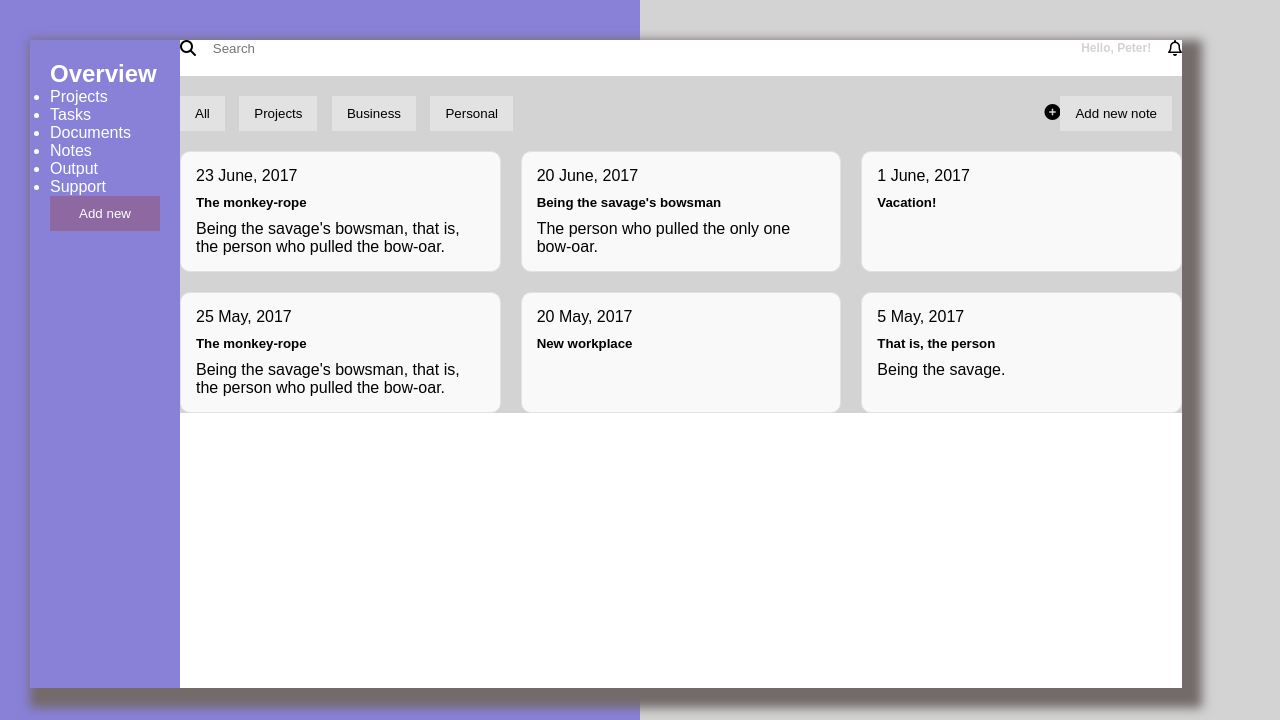
Repository: SatenikGabrielyan/HTML_CSS-_Assignment
Page: index.html
The author's editor kept a copy of each file at every save. The page is drawn from the files as they stood at one save, then again after a run of saves.
The browser window is 1280 px wide. The pictures show the whole page.
Some web libraries are served in a nearby version.

Above is the page before, as saved 2025-03-17 23:01:08.

After the next 3 saves:
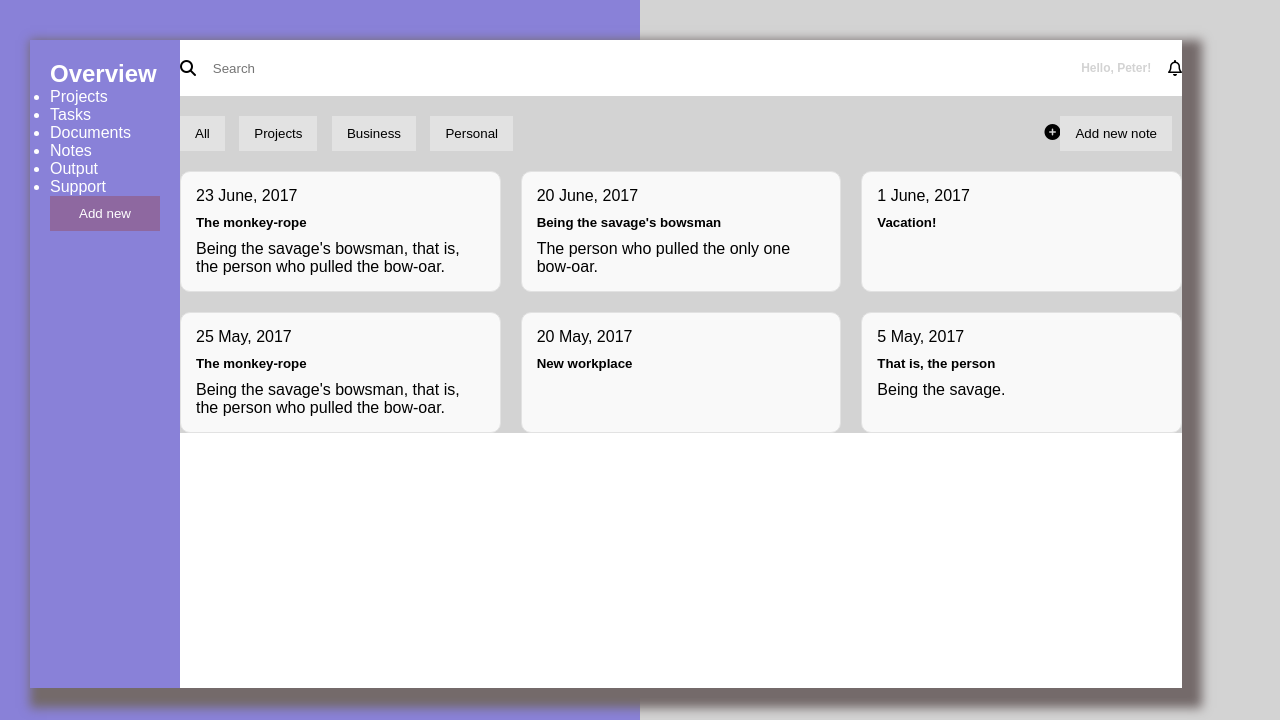
The 3 saves are shown as one change because they came seconds apart.
The last was saved 9 s later.
--- a/style.css
+++ b/style.css
@@ -105,7 +105,7 @@
     /* width: 200px; */
     flex-grow: 1;
     /* flex: 1; */
-p
+    padding-top: 20px;
     /* padding: 20px;
     overflow-y: auto; */
   }

After the 3 saves that followed:
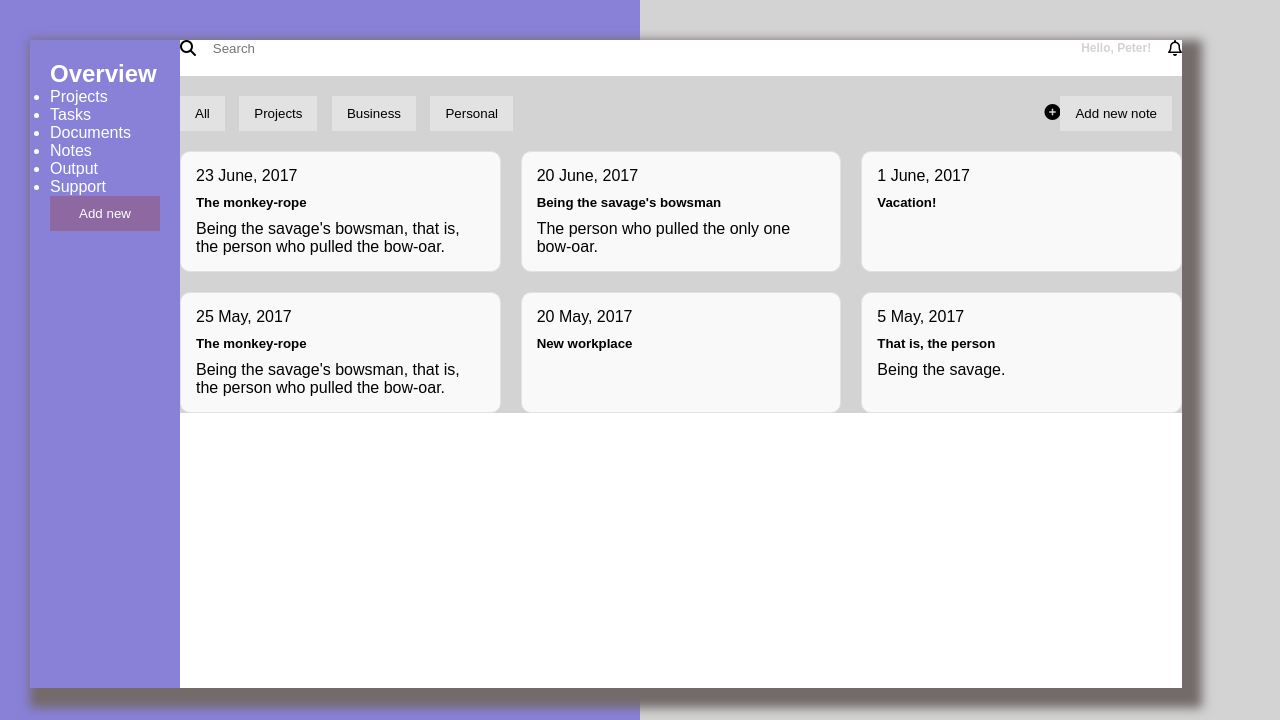
The 3 saves are shown as one change because they came seconds apart.
The last was saved 58 s later.
--- a/style.css
+++ b/style.css
@@ -105,7 +105,7 @@
     /* width: 200px; */
     flex-grow: 1;
     /* flex: 1; */
-    padding-top: 20px;
+    /* padding-top: 20px; */
     /* padding: 20px;
     overflow-y: auto; */
   }
